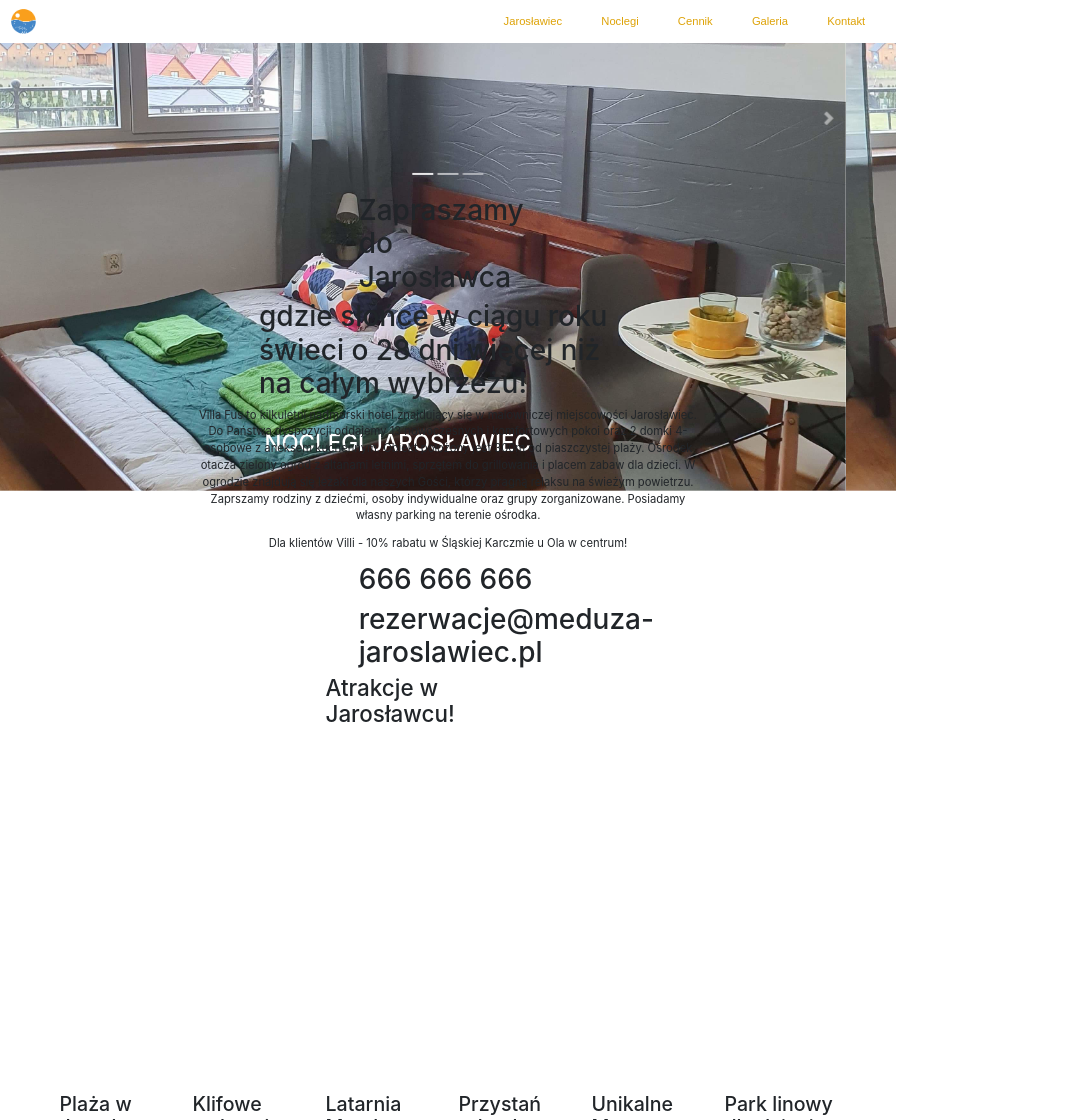
Repository: ArturDr/meduza_jaroslawiec
Page: http://localhost/
These files come from the project's save history. The page is drawn as it stood at one moment and after the next save; the edit follows.
The browser window is 1280 px wide. The page is 1547 px wide, so the pictures cover 1547 px, including what lies to the right of the window. The pictures show the part of the page from y = 0 to 1600 px (the page is 2620 px tall before and 2720 px after), at 70% of full size.
The page is run by PHP 8.4 with error messages shown; the project is at /var/www/html/.

Above is the page before, as saved 2020-06-01 21:44:47.
Console error: ReferenceError: baguetteBox is not defined

### medjar/index.php
<?php include('includes/header.php'); ?>

<title>Meduza Jarosławiec</title>

<?php include('includes/navbar.php'); ?>

<!--sec1-->
<section id="sec1">
    <div class="container">
        <div class="row justify-content-center">
            <div class="col-xl-3 col-lg-3 col-md-4 col-sm-4 col-6">
                <h1>Zapraszamy do Jarosławca</h1>
            </div>
        </div>
        <div class="row justify-content-center">
            <div class="col-xl-6 col-lg-6 col-md-8 col-sm-8 col-10">
                <h1>gdzie słońce w ciągu roku świeci o 28 dni więcej niż na całym wybrzeżu!</h1>
            </div>
        </div>
        <div class="row justify-content-center">
            <div class="col-xl-8 col-lg-8 col-md-10 col-sm-10 col-12">
                <p class="text-center">Villa Fus to kilkuletni nadmorski hotel znajdujący się w malowniczej miejscowości Jarosławiec. Do Państwa dyspozycji oddajemy 13 nowoczesnych i komfortowych pokoi oraz 2 domki 4-osobowe z aneksem kuchennym. Obiekt położony jest 300m od piaszczystej plaży. Ośrodek otacza zielony ogród z altanami letnimi, sprzętem do grillowania i placem zabaw dla dzieci. W ogrodzie znajdują się leżaki dla naszych Gości, którzy pragną relaksu na świeżym powietrzu. Zaprszamy rodziny z dziećmi, osoby indywidualne oraz grupy zorganizowane. Posiadamy własny parking na terenie ośrodka.</p>
            </div>
            <div class="col-xl-8 col-lg-8 col-md-10 col-sm-10 col-12">
                <p class="text-center">Dla klientów Villi - 10% rabatu w Śląskiej Karczmie u Ola w centrum!</p>
            </div>
        </div>
        <div class="row justify-content-center">
            <div class="col-xl-3 col-lg-3 col-md-4 col-sm-4 col-6">
                <h1>666 666 666</h1>
            </div>
        </div>
        <div class="row justify-content-center">
            <div class="col-xl-3 col-lg-3 col-md-4 col-sm-4 col-6">
                <h1>rezerwacje@meduza-jaroslawiec.pl</h1>
            </div>
        </div>
    </div>
</section>
<!-- end sec1-->

<!-- sec2-->
<section id="sec2">
	<div class="container">
		<div class="row justify-content-center">
			<div class="col-sm-4 col-4">
				<h2>Atrakcje w Jarosławcu!</h2>
			</div>
		</div>
		<div class="row">
			<div class="col-sm-2 col-12">
				<img src="images/beach.png">
				<h3>Plaża w Jarosławcu</h3>
			</div>
			<div class="col-sm-2 col-12">
				<img src="images/cliff.png">
				<h3>Klifowe wybrzeże</h3>
			</div>
			<div class="col-sm-2 col-12">
				<img src="images/lighthouse.png">
				<h3>Latarnia Morska w Jarosławcu</h3>
			</div>
			<div class="col-sm-2 col-12">
				<img src="images/anchor.png">
				<h3>Przystań rybacka</h3>
			</div>
			<div class="col-sm-2 col-12">
				<img src="images/museum.png">
				<h3>Unikalne Muzeum Bursztynu</h3>
			</div>
			<div class="col-sm-2 col-12">
				<img src="images/rope.png">
				<h3>Park linowy dla dzieci</h3>
			</div>
		</div>
	</div>
</section>
<!-- end sec2 -->

<!-- sec3 -->
<section id="sec3">
    <div class="container">
        <div class="row justify-content-center">
            <div class="col-xl-3 col-lg-3 col-md-4 col-sm-4 col-6">
                <h1>NASZA LOKALIZACJA</h1>
            </div>
        </div>
    </div>
    <iframe src="https://www.google.com/maps/embed?pb=!1m14!1m8!1m3!1d9258.9887111871!2d16.536268!3d54.537953!3m2!1i1024!2i768!4f13.1!3m3!1m2!1s0x0%3A0x7378357c2304755a!2sMeduza!5e0!3m2!1spl!2spl!4v1590423370901!5m2!1spl!2spl" width="100%" height="600" frameborder="0" style="border:0;" allowfullscreen="" aria-hidden="false" tabindex="0"></iframe>
</section>
<!-- end sec3 -->


<?php include('includes/footer.php'); ?>

### medjar/includes/header.php
<!doctype html>
<html lang="pl">
    <head>
        <!-- Required meta tags -->
        <meta charset="utf-8">
        <meta name="viewport" content="width=device-width, initial-scale=1, shrink-to-fit=no">

        <!-- Bootstrap CSS -->
        <link rel="stylesheet" href="https://stackpath.bootstrapcdn.com/bootstrap/4.5.0/css/bootstrap.min.css" integrity="sha384-9aIt2nRpC12Uk9gS9baDl411NQApFmC26EwAOH8WgZl5MYYxFfc+NcPb1dKGj7Sk" crossorigin="anonymous">

        <!-- Custom Styles-->
        <link rel="stylesheet" type="text/css" href="css/style.css">
        <link rel="stylesheet" href="css/compact-gallery.css">

### medjar/includes/navbar.php
<link rel = "icon" type = "image/png" href = "images/logo.png">

</head>
    <body>
        <!-- nav-->
        <nav class="navbar navbar-expand-lg navbar-dark sticky-top" id="navibar">
            <a class="navbar-brand" href="index.php"><img src="images/logo.png" height="35" width="35" class="d-inline-block"></a>
            <button class="navbar-toggler" type="button" data-toggle="collapse" data-target="#navbarNavAltMarkup" aria-controls="navbarNavAltMarkup" aria-expanded="false" aria-label="Toggle navigation">
                <span class="navbar-toggler-icon"></span>
            </button>
            <div class="collapse navbar-collapse justify-content-end" id="navbarNavAltMarkup">
                <div class="navbar-nav">
                    <a class="nav-item nav-link active" href="jaroslawiec.php">Jarosławiec</a>
                    <a class="nav-item nav-link active" href="noclegi.php">Noclegi</a>
                    <a class="nav-item nav-link active" href="cennik.php">Cennik</a>
                    <a class="nav-item nav-link active" href="galeria.php">Galeria</a>
                    <a class="nav-item nav-link active" href="#sec4">Kontakt</a>
                </div>
            </div>
        </nav>
<!-- end nav-->

<!--Section1-->
<section id="sec1">
    <div id="carouselGallery" class="carousel slide" data-ride="carousel">
            <ol class="carousel-indicators">
                <li data-target="#carouselGallery" data-slide-to="0" class="active"></li>
                <li data-target="#carouselGallery" data-slide-to="1"></li>
                <li data-target="#carouselGallery" data-slide-to="2"></li>
            </ol>
        <div class="carousel-inner">
            <div class="carousel-item active">
                <img src="images/slide11.jpeg" height="100%" width="100%" class="d-block w-100" alt="...">
                <div class="carousel-caption d-none d-md-block">
                    <h2>NOCLEGI JAROSŁAWIEC</h2>
                </div>
            </div>
            <div class="carousel-item">
                <img src="images/slide11.jpeg" height="100%" width="100%" class="d-block w-100" alt="...">
                <div class="carousel-caption d-none d-md-block">
                    <h2>NOCLEGI JAROSŁAWIEC</h2>
                </div>
            </div>
            <div class="carousel-item">
                <img src="images/slide11.jpeg" height="100%" width="100%" class="d-block w-100" alt="..." >
                <div class="carousel-caption d-none d-md-block">
                    <h2>NOCLEGI JAROSŁAWIEC</h2>
                </div>
            </div>
        </div>
        <a class="carousel-control-prev" href="#carouselGallery" role="button" data-slide="prev">
            <span class="carousel-control-prev-icon" aria-hidden="true"></span>
            <span class="sr-only">Previous</span>
        </a>
        <a class="carousel-control-next" href="#carouselGallery" role="button" data-slide="next">
            <span class="carousel-control-next-icon" aria-hidden="true"></span>
            <span class="sr-only">Next</span>
        </a>
    </div>
</section>
        <!-- end sec1 -->

### medjar/includes/footer.php
<!-- sec4-->
<section id="sec4">
            <div class="container">
                <div class="row justify-content-center" id="kontakt">
                    <div class="col-xl-2 col-lg-3 col-md-4 col-sm-4 col-6">
                        <h1>KONTAKT</h1>
                    </div>
                </div>
                <div class="row justify-content-center">
                    <div class="col-xl-3 col-lg-3 col-md-4 col-sm-6 col-8">
                        <p class="text-center">ul. Zebrzydowicka 32/2,<br> 44-210 Rybnik</p>
                        <p class="text-center">+48 511 474 064</p>
                        <p class="text-center">biuro@beatalukas.pl</p>
                    </div>
                </div>
                <div class="row justify-content-end">
                    <div class="col-xl-2 col-lg-2 col-md-3 col-sm-4 col-5">
                        <footer>
                            <p>&copy;2020 Artur Robek</p>
                        </footer>
                    </div>
                </div>
            </div>
        </section>
        <!-- end sec4-->

<!-- Optional JavaScript -->
    <!-- jQuery first, then Popper.js, then Bootstrap JS -->
    <script src="https://code.jquery.com/jquery-3.5.1.slim.min.js" integrity="sha384-DfXdz2htPH0lsSSs5nCTpuj/zy4C+OGpamoFVy38MVBnE+IbbVYUew+OrCXaRkfj" crossorigin="anonymous"></script>
    <script src="https://cdn.jsdelivr.net/npm/popper.js@1.16.0/dist/umd/popper.min.js" integrity="sha384-Q6E9RHvbIyZFJoft+2mJbHaEWldlvI9IOYy5n3zV9zzTtmI3UksdQRVvoxMfooAo" crossorigin="anonymous"></script>
    <script src="https://stackpath.bootstrapcdn.com/bootstrap/4.5.0/js/bootstrap.min.js" integrity="sha384-OgVRvuATP1z7JjHLkuOU7Xw704+h835Lr+6QL9UvYjZE3Ipu6Tp75j7Bh/kR0JKI" crossorigin="anonymous"></script>
    <script>
        baguetteBox.run('.compact-gallery', { animation: 'slideIn'});
    </script>
    </body>
</html>

### medjar/css/style.css
#navibar {
    background-color: white;
    font-family: Arial;
}

#navbarNavAltMarkup a {
    color: rgba(222, 163, 8, 1);
    margin: 0 20px;
}

#carouselGallery {
    height: 215px;
}

#jsec2 {
    background-color: red;
}

#jsec2 img {
    height: 50px;
    width: 50px;
}

### medjar/css/compact-gallery.css
.gallery-block{
    padding-bottom: 60px;
    padding-top: 60px;
  }

  .gallery-block .heading{
      margin-bottom: 50px;
      text-align: center;
  }

  .gallery-block .heading h2{
      font-weight: bold;
      font-size: 1.4rem;
      text-transform: uppercase;
  }

  .gallery-block.compact-gallery .item{
    overflow: hidden;
    margin-bottom: 0;
    background: black;
    opacity: 1;
  }

  .gallery-block.compact-gallery .item .image{
    transition: 0.8s ease;
  }

  .gallery-block.compact-gallery .item .info{
    position: relative;
      display: inline-block;
  }

  .gallery-block.compact-gallery .item .description{
    display: grid;
      position: absolute;
      bottom: 0;
      left: 0;
      color: #fff;
      padding: 10px;
      font-size: 17px;
      line-height: 18px;
      width: 100%;
      padding-top: 15px;
      padding-bottom: 15px;
      opacity: 1;
      color: #fff;
      transition: 0.8s ease;
      text-align: center;
      text-shadow: 1px 1px 1px rgba(0, 0, 0, 0.2);
      background: linear-gradient(to bottom, transparent, rgba(0, 0, 0, 0.39));
  }

  .gallery-block.compact-gallery .item .description .description-heading{
    font-size: 1em;
    font-weight: bold;
  }

  .gallery-block.compact-gallery .item .description .description-body{
    font-size: 0.8em;
    margin-top: 10px;
    font-weight: 300;
  }

  @media (min-width: 576px) {

    .gallery-block.compact-gallery .item .description {
      opacity: 0;
    }

    .gallery-block.compact-gallery .item a:hover .description {
      opacity: 1;
    }

    .gallery-block .zoom-on-hover:hover .image {
      transform: scale(1.3);
      opacity: 0.7;
    }
  }

After the next save:
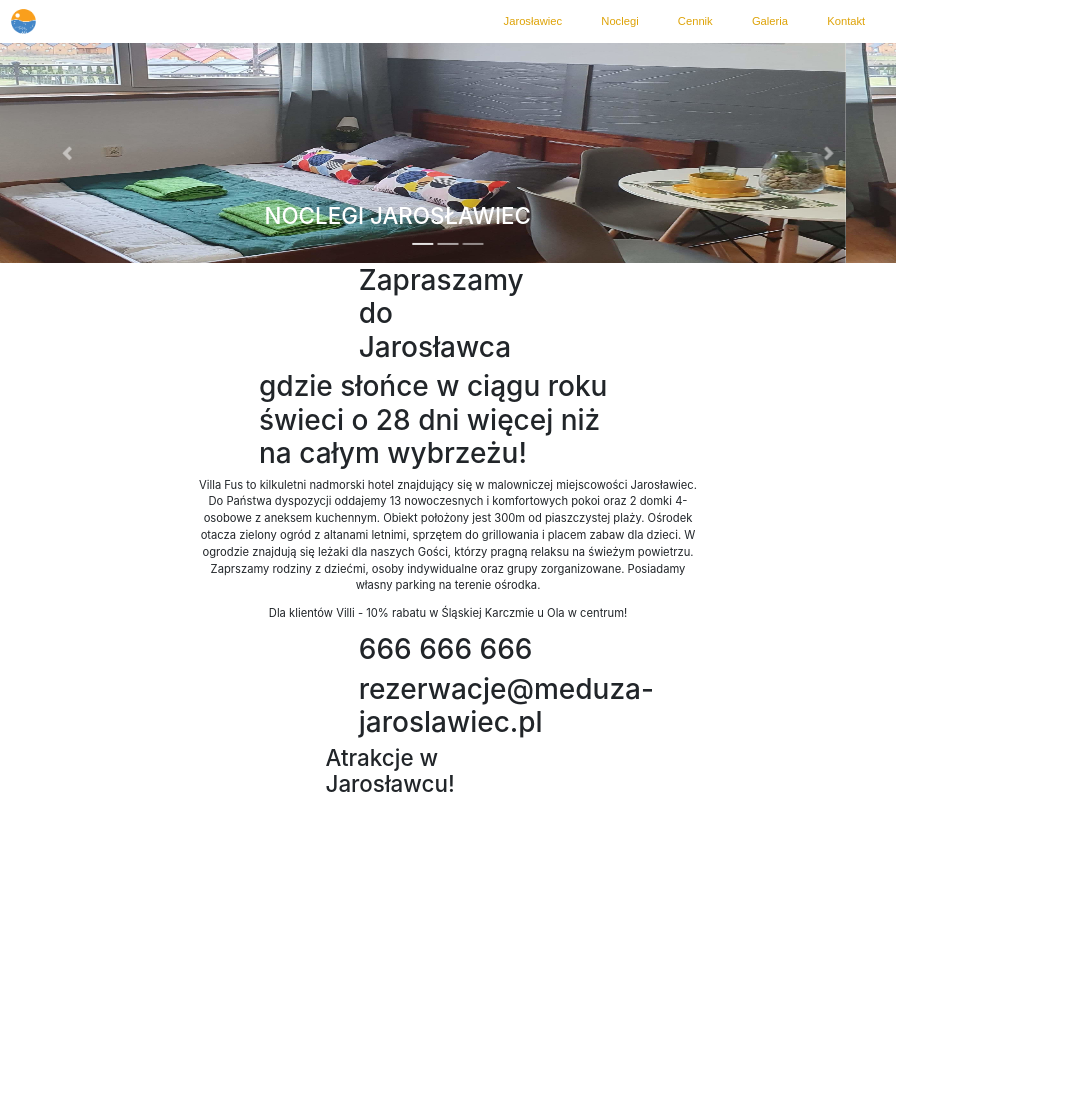
Saved 4 min 5 s later.
--- a/medjar/includes/navbar.php
+++ b/medjar/includes/navbar.php
@@ -30,19 +30,19 @@
             </ol>
         <div class="carousel-inner">
             <div class="carousel-item active">
-                <img src="images/slide11.jpeg" height="100%" width="100%" class="d-block w-100" alt="...">
+                <img src="images/slide11.jpeg" height="315px" width="100%" class="d-block w-100" alt="...">
                 <div class="carousel-caption d-none d-md-block">
                     <h2>NOCLEGI JAROSŁAWIEC</h2>
                 </div>
             </div>
             <div class="carousel-item">
-                <img src="images/slide11.jpeg" height="100%" width="100%" class="d-block w-100" alt="...">
+                <img src="images/slide11.jpeg" height="315px" width="100%" class="d-block w-100" alt="...">
                 <div class="carousel-caption d-none d-md-block">
                     <h2>NOCLEGI JAROSŁAWIEC</h2>
                 </div>
             </div>
             <div class="carousel-item">
-                <img src="images/slide11.jpeg" height="100%" width="100%" class="d-block w-100" alt="..." >
+                <img src="images/slide11.jpeg" height="315px" width="100%" class="d-block w-100" alt="..." >
                 <div class="carousel-caption d-none d-md-block">
                     <h2>NOCLEGI JAROSŁAWIEC</h2>
                 </div>
--- a/medjar/css/style.css
+++ b/medjar/css/style.css
@@ -9,7 +9,7 @@
 }
 
 #carouselGallery {
-    height: 215px;
+    height: 315px;
 }
 
 #jsec2 {
